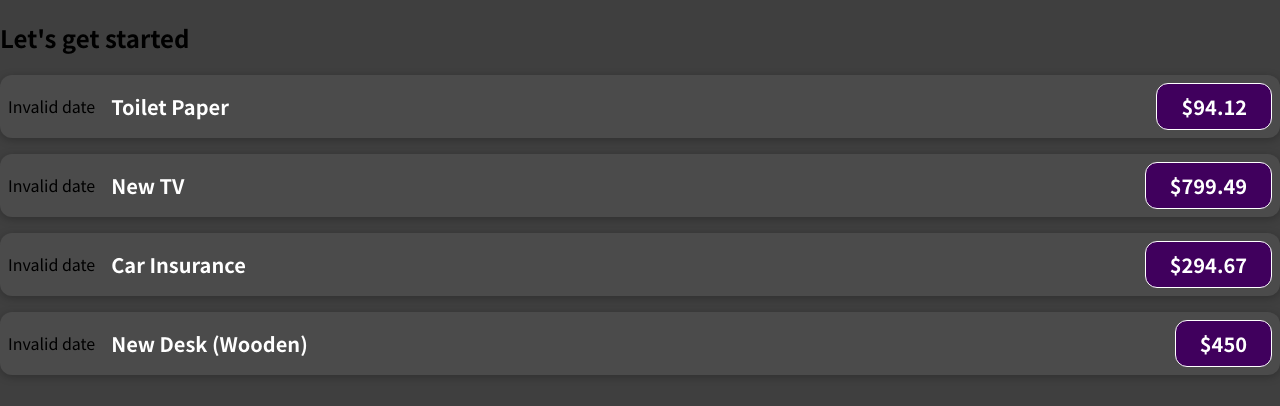
Repository: runner855/expense-tracker
Page: /
These files come from the project's save history. The page is drawn as it stood at one moment and after the next save; the edit follows.
The browser window is 1280 px wide. The pictures show the whole page.
The project was rebuilt for these pictures with package versions that can differ from the ones it lists, and the page was loaded fresh each time.

Above is the page before, as saved 2022-09-02 13:08:49.

### src/index.js
import React from 'react';
import ReactDOM from 'react-dom/client';
import expenses from './data/expenses.json';
import './styles/index.css';
import App from './components/App';

const root = ReactDOM.createRoot(document.getElementById('root'));
root.render(
  <React.StrictMode>
    <App expenses={expenses.expenses} />
  </React.StrictMode>
);

### src/data/expenses.json
{
  "expenses": [
    {
      "id": "e1",
      "title": "Toilet Paper",
      "amount": 94.12,
      "date": "new Date(2020, 7, 14)"
    },
    {
      "id": "e2",
      "title": "New TV",
      "amount": 799.49,
      "date": "new Date(2021, 2, 12)"
    },
    {
      "id": "e3",
      "title": "Car Insurance",
      "amount": 294.67,
      "date": "new Date(2021, 2, 28)"
    },
    {
      "id": "e4",
      "title": "New Desk (Wooden)",
      "amount": 450,
      "date": "new Date(2021, 5, 12)"
    }
  ]
}

### src/components/App.js
import React from 'react';
import ExpenseItem from '../components/ExpenseItem';


const App = (props) => {
  console.log(props)





  return (
    <div className="App">
      <h2>Let's get started</h2>
      <ExpenseItem date={props.expenses[0].date} title={props.expenses[0].title} amount={props.expenses[0].amount} />
      <ExpenseItem date={props.expenses[1].date} title={props.expenses[1].title} amount={props.expenses[1].amount} />
      <ExpenseItem date={props.expenses[2].date} title={props.expenses[2].title} amount={props.expenses[2].amount} />
      <ExpenseItem date={props.expenses[3].date} title={props.expenses[3].title} amount={props.expenses[3].amount} />






    </div>
  );
}

export default App;

### src/components/ExpenseItem.js
import React from 'react';
import '../styles/ExpenseItem.css'
import moment from 'moment';


const ExpenseItem = (props) => {

  const { date, title, amount } = props;

  return (
    <div className='expense-item'>
      <div className='expense-item__date'>
        {`${moment(date).format('LL')}`}
      </div>
      <div className='expense-item__description'>
        <h2>{`${title}`}</h2>
        <div className='expense-item__price'>
          ${`${amount}`}
        </div>
      </div>
    </div>)
}

export default ExpenseItem;

### src/styles/ExpenseItem.css
.expense-item {
  display: flex;
  justify-content: space-between;
  align-items: center;
  box-shadow: 0 2px 8px rgba(0, 0, 0, 0.25);
  padding: 0.5rem;
  margin: 1rem 0;
  border-radius: 12px;
  background-color: #4b4b4b;
}

.expense-item__description {
  display: flex;
  flex-direction: column;
  gap: 1rem;
  align-items: flex-end;
  flex-flow: column-reverse;
  justify-content: flex-start;
  flex: 1;
}

.expense-item h2 {
  color: #3a3a3a;
  font-size: 1rem;
  flex: 1;
  margin: 0 1rem;
  color: white;
}

.expense-item__price {
  font-size: 1rem;
  font-weight: bold;
  color: white;
  background-color: #40005d;
  border: 1px solid white;
  padding: 0.5rem;
  border-radius: 12px;
}

@media (min-width: 580px) {
  .expense-item__description {
    flex-direction: row;
    align-items: center;
    justify-content: flex-start;
    flex: 1;
  }

  .expense-item__description h2 {
    font-size: 1.25rem;
  }

  .expense-item__price {
    font-size: 1.25rem;
    padding: 0.5rem 1.5rem;
  }
}

Loaded but not shown: public/index.html (common file); src/styles/index.css (common file)

After the next save:
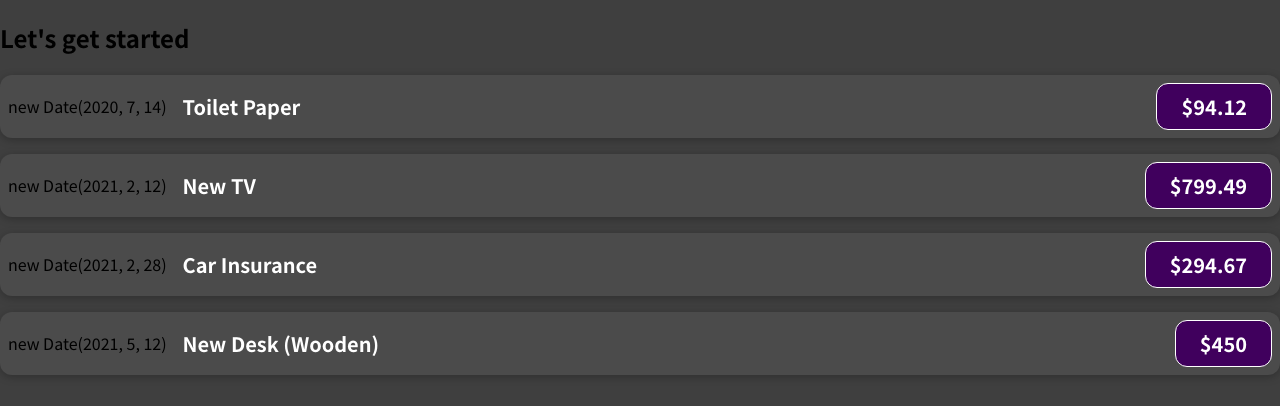
Saved 83 min 31 s later.
--- a/src/components/ExpenseItem.js
+++ b/src/components/ExpenseItem.js
@@ -10,7 +10,7 @@ const ExpenseItem = (props) => {
   return (
     <div className='expense-item'>
       <div className='expense-item__date'>
-        {`${moment(date).format('LL')}`}
+        {`${date}`}
       </div>
       <div className='expense-item__description'>
         <h2>{`${title}`}</h2>
